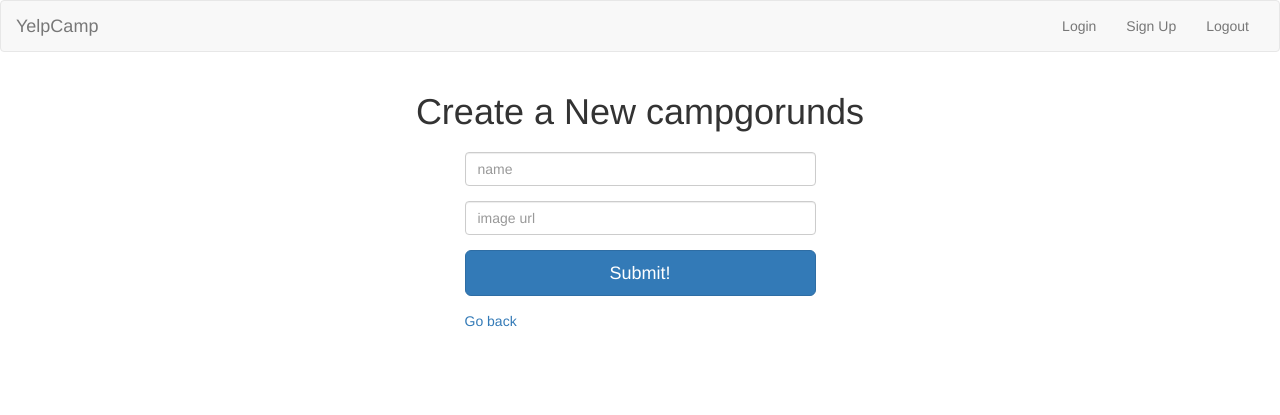
Repository: gtxDaniel/Web-development
Page: http://localhost/campgrounds/new
The author's editor kept a record of every edit. The page is drawn from the files as they stood at one moment, then again after the next edit.
The browser window is 1280 px wide. The pictures show the whole page.
The page is served by the project's Node server (YelpCamp/v2/app.js).

Above is the page before.

After the next edit:
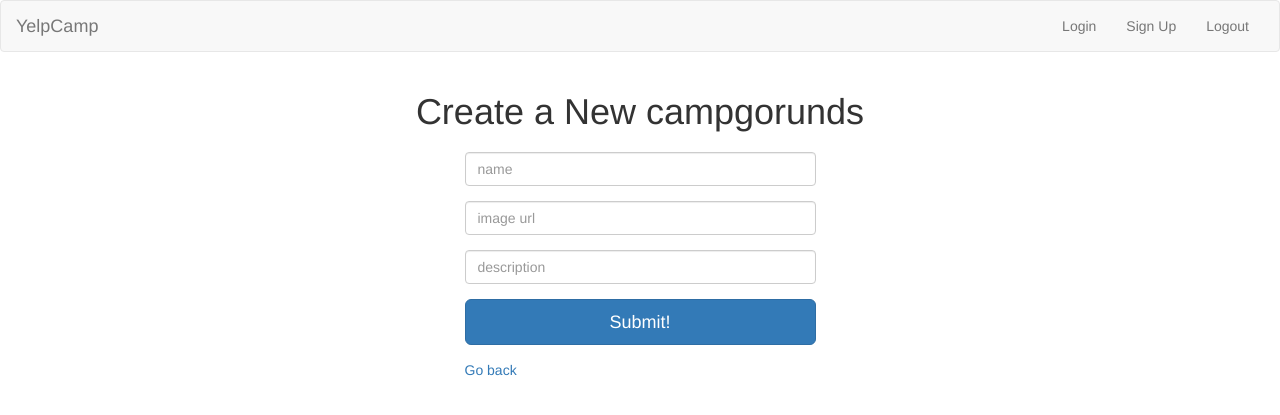
The edit:
--- a/web-development/workspace/YelpCamp/v2/views/new.ejs
+++ b/web-development/workspace/YelpCamp/v2/views/new.ejs
@@ -12,6 +12,9 @@
                    <input class ="form-control" type = 'text' name = 'image' placeholder = 'image url'>
                </div>
 
+                <div class ='form-group'>
+                   <input class ="form-control" type = 'text' name = 'description' placeholder = 'description'>
+               </div>
                <div class='form-group'>
                    <button class = 'btn btn-lg btn-primary btn-block'>Submit!</button>
                </div>
